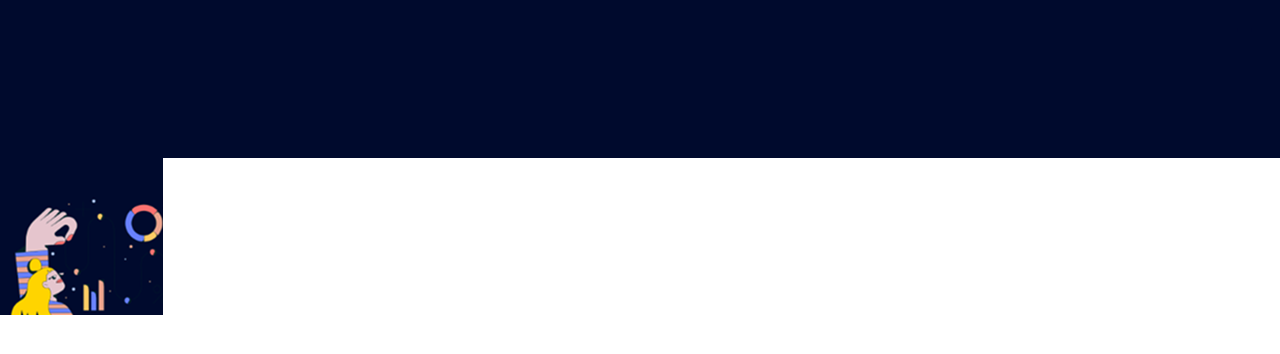
Repository: sinafath/fradars
Page: /
The author's editor kept a copy of each file at every save. The page is drawn from the files as they stood at one save, then again after a run of saves.
The browser window is 1280 px wide. The pictures show the whole page.
The project was rebuilt for these pictures with package versions that can differ from the ones it lists, and the page was loaded fresh each time. The framework's server and built-in components were replaced by stand-ins that run in the browser. Also part of the build but not shown: next.config.ts.

Above is the page before, as saved 2025-09-21 17:44:27.

After the next 5 saves:
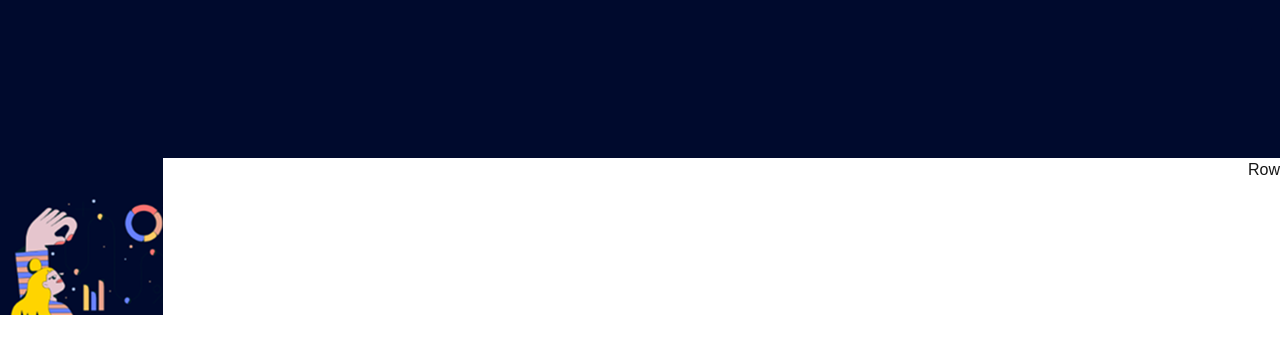
The 5 saves are shown as one change because they came seconds apart.
The last was saved 28 s later.
--- a/src/app/page.tsx
+++ b/src/app/page.tsx
@@ -20,6 +20,7 @@
             width={15}
             height={15}
           />
+          Row
     </div>
   );
 }

After the save that followed:
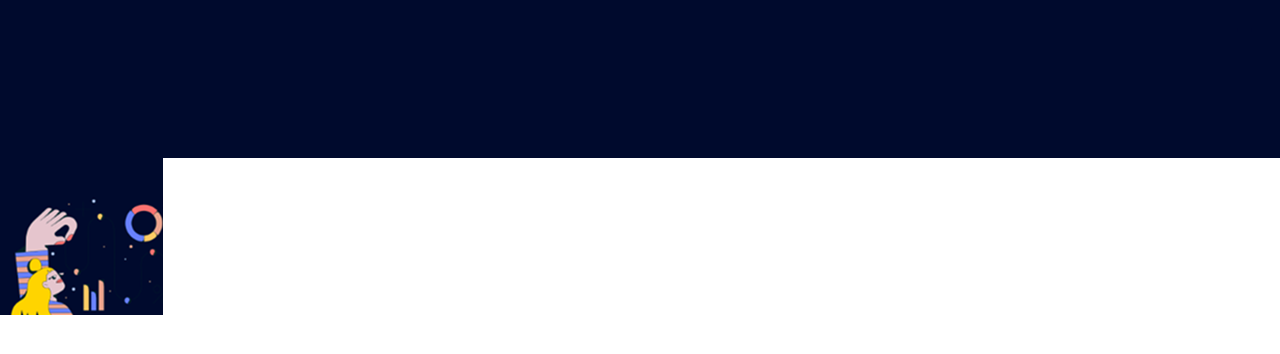
Saved 15 s later.
--- a/src/app/page.tsx
+++ b/src/app/page.tsx
@@ -20,7 +20,7 @@
             width={15}
             height={15}
           />
-          Row
+          <></>
     </div>
   );
 }
